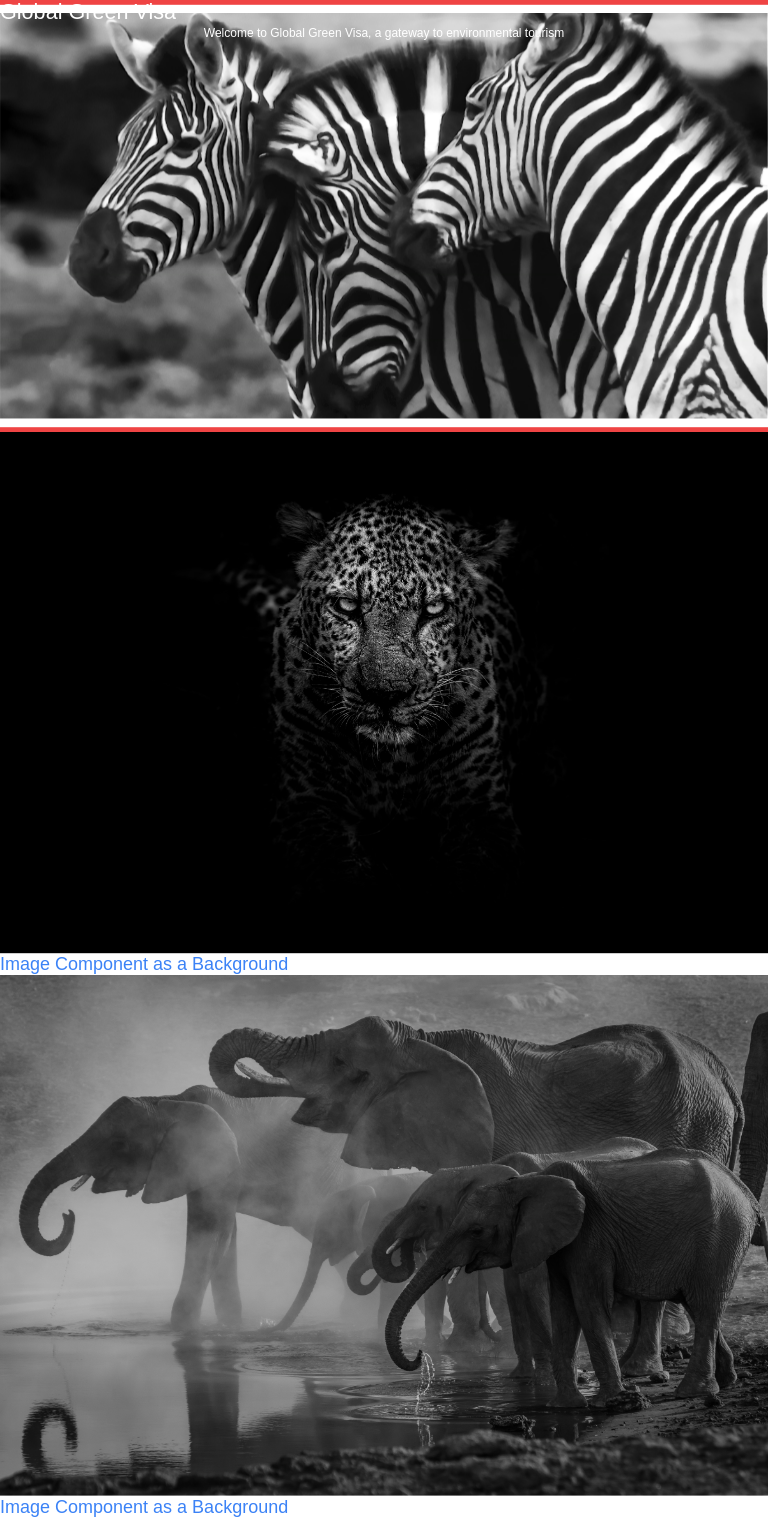
Repository: BrightonMboya/ggv-landingPage
Page: /
These files come from the project's save history. The page is drawn as it stood at one moment and after the next save; the edit follows.
The browser window is 1280 px wide. The pictures show the whole page, at 60% of full size.
The project was rebuilt for these pictures with package versions that can differ from the ones it lists, and the page was loaded fresh each time. The framework's server and built-in components were replaced by stand-ins that run in the browser. Also part of the build but not shown: next.config.js.

Above is the page before, as saved 2022-06-13 20:14:01.

After the next save:
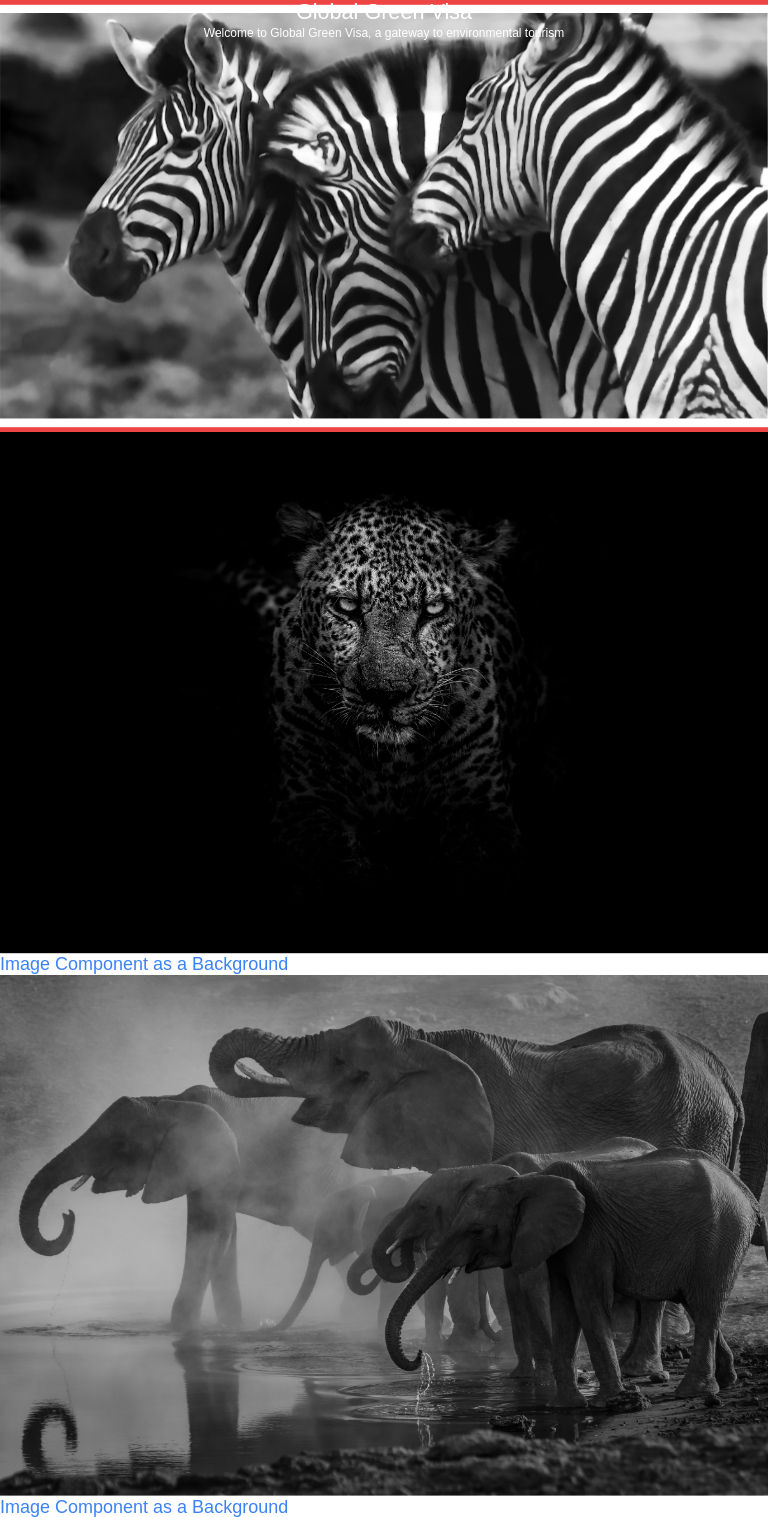
Saved 6 s later.
--- a/pages/HomePage.js
+++ b/pages/HomePage.js
@@ -17,7 +17,7 @@ const HomePage = () => {
       </div>
 
       <div className="absolute top-0 left-0 right-0 ml-auto mr-auto">
-        <h2 className="text-white text-4xl">Global Green Visa</h2>
+        <h2 className="text-white text-4xl text-center">Global Green Visa</h2>
         <p className="text-white text-xl text-center">
           Welcome to Global Green Visa, a gateway to environmental tourism
         </p>
